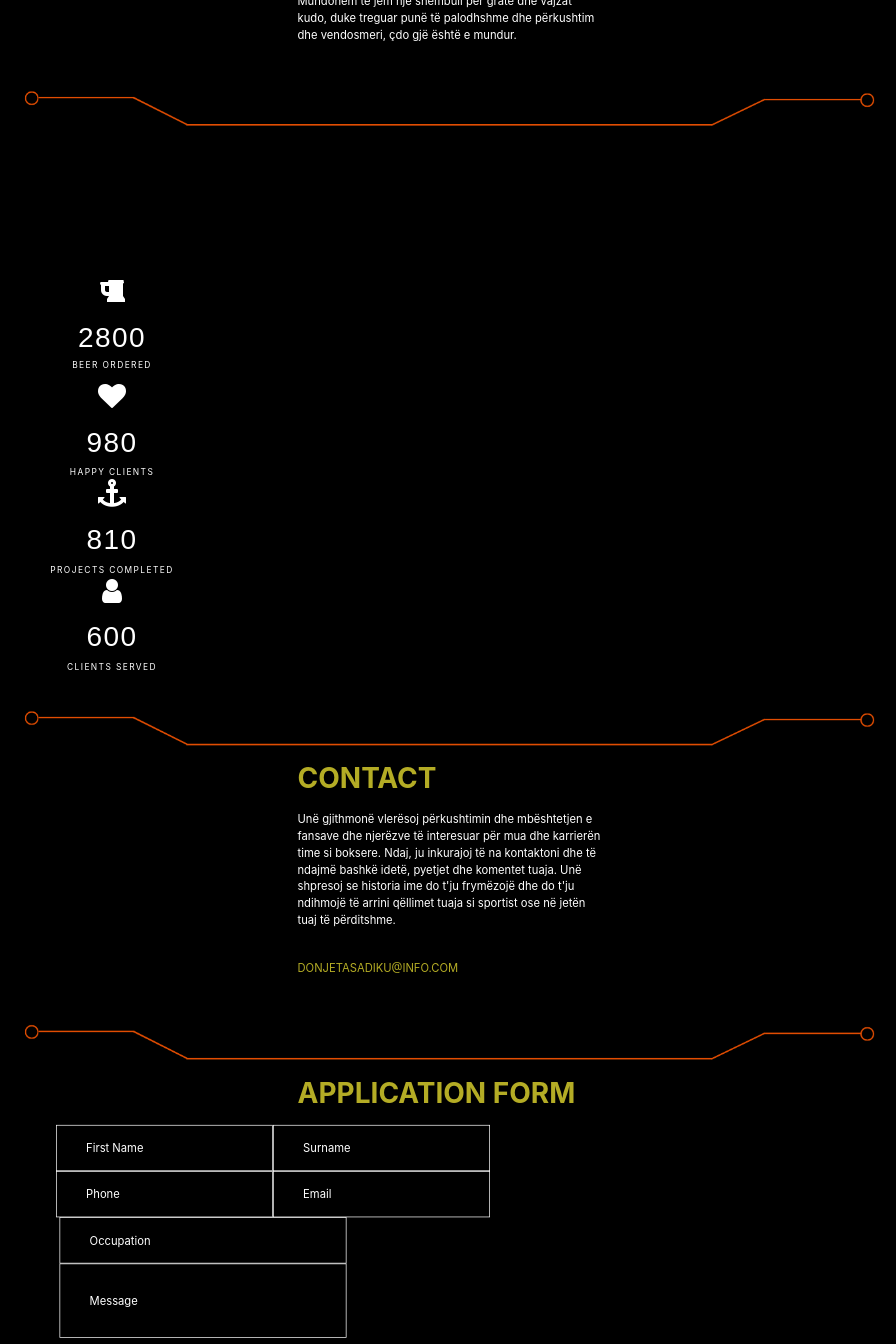
Repository: milot-morina/ds-boxing
Page: DS-Portfolio/index.html
An editor plug-in stored every save of this project. The page is shown before and after the next save, followed by the edit.
The browser window is 1280 px wide. The pictures show the part of the page from y = 2670 to 4590 px (the page is 4932 px tall before and 4286 px after), at 70% of full size.
A picture or video elsewhere on the page could not be fetched, so the positions and the page height are approximate. Some web libraries are served in a nearby version.

Above is the page before, as saved 2023-03-21 11:35:00.

### DS-Portfolio/index.html
<!DOCTYPE html>
<html lang="en">
<head>
  <meta charset="UTF-8">
  <meta http-equiv="X-UA-Compatible" content="IE=edge">
  <meta name="viewport" content="width=device-width, initial-scale=1.0">
  <title>Donjeta Sadiku</title>
  <link rel="stylesheet" href="style.css">
  <link rel="stylesheet" href="https://cdnjs.cloudflare.com/ajax/libs/font-awesome/6.0.0-beta2/css/all.min.css" integrity="sha512-YWzhKL2whUzgiheMoBFwW8CKV4qpHQAEuvilg9FAn5VJUDwKZZxkJNuGM4XkWuk94WCrrwslk8yWNGmY1EduTA==" crossorigin="anonymous" referrerpolicy="no-referrer" />
  <link rel="stylesheet" href="https://maxcdn.bootstrapcdn.com/bootstrap/4.0.0/css/bootstrap.min.css">

  <!-- Add Font Awesome CSS -->
  <link rel="stylesheet" href="https://cdnjs.cloudflare.com/ajax/libs/font-awesome/4.0.3/css/font-awesome.css">

  <link rel="icon" href="logofinal.png" type="image/icon type" style="width: 100%;">
  <link href="https://fonts.googleapis.com/css2?family=Be+Vietnam+Pro:wght@400;500;700&display=swap" rel="stylesheet">
</head>
<body>

  <section class="section1" id="home">
    <video muted autoplay loop style="pointer-events: none;">
      <source src="DS-Glitch.mp4" type="video/mp4">
    </video>
    <header class="hidden3">
      <div class="container">
        <nav class="navbar">
          <div class="brand-title">
            <img src="unitetiLogoFinal.png" alt="" width="130px">
          </div>
          <a href="#" class="toggle-button">
            <span class="bar"></span>
            <span class="bar"></span>
            <span class="bar"></span>
          </a>
          <div class="navbar-links">
            <ul>
              <li><a href="#home" class="home-btn">HOME</a></li>
              <li><a href="#club" class="header-club">CLUB</a></li>
              <li><a href="#contact" class="header-link a">CONTACT</a></li>
              <li><a href="#form" class="header-link a">FORM</a></li>
            </ul>
            <div class="socials">
            <i class="fa-brands fa-facebook"><a href="https://www.youtube.com/watch?v=dQw4w9WgXcQ"></a></i>
            <i class="fa-brands fa-instagram"></i>
            <i class="fa-brands fa-youtube"></i>
            <i class="fa-brands fa-app-store-ios"></i>
          </div>
          </div>

        </nav>
      </div>
    </header>
  </section>


  <img src="separator2.png" alt="" width="100%" style="margin-top: 40px;" class="first-seperator">


  <section class="section2 container row" id="club">

    <div class="images hidden2">
      <img src="handsUp.jpg" alt="">
    </div>
    <div class="text hidden">
      <p class="section-h hidden3">HISTORIA SHKRUHET!</p>
      <p class="section2-p hidden3">Nuk ka fjalë për t'u shprehur se sa krenare isha për të përfaqësuar vendin tim në skenën dhe për të marrë medalje ne kete nivel. Ishte një ndjenjë e mrekullueshme të përfaqësosh vendin tënd dhe të ndjehesh si një ambasador i saj në arenën nderkombetare.</p>
      <p class="section2-p hidden3">Në çdo moment të kësaj përvojeje, isha e mbuluar nga emocionet për rëndësinë që kjo ngjarje kishte për popullin tim dhe për boksierët shqiptarë. Nuk ishte thjesht një fitore personale, por ishte një fitore që përfaqësoi përparimin e boksi shqiptar dhe mundësinë e një të ardhme të ndritshme për sportin në vendin tonë.</p>
      <p class="section2-p hidden3">Kur mora medaljen olimpike, ndjeva një ndjenjë të thellë krenarie dhe një ndjesi të vërtetë prej triumfi. Ishte si të isha i gjithë vendlindja ime, duke festuar këtë arritje të madhe me mua. Nuk mund të mendoja për ndonjë gjë më të rëndësishme në atë moment, dhe do të mbaj gjithmonë këtë kujtim në zemrën time.</p>

    </div>

  </section>

  <img src="separator2.png" alt="" width="100%" style="margin-top: 30px;">


  <section class="section3 container">
    <p class="section-h">MEDALJET FLASIN VET!</p>
   <div class="row">
    <div class="text hidden2">
      <p>Viti me i suksesshem ne karrieren time . Solla dy medalje nje evropiane e një botërore. Dëshmova që une Donjeta Sadiku nuk dorërzohem asnjëher përkundrazi nuk kam dyshuar asnjëherë në veten time, mirpo tani po ndihem e kompletuar nën udhëheqjen e trajneres time Marjola Sallauka .</p>
      <p>Tash e tutje luftoj vetëm për medalje Olimpike. Unë besoj në vetën time dhe ju premtoj që me përkrahjen tuaj unë do ti realizoj këto synime . Faleminderit për përkrahje familjes time, Federatës së Boksit. Faleminderit trajnerës Marjola Sallauka për mjeshtërinë që tregon me punën e saj.</p>
    </div>
    <div class="images hidden">
      <img src="DplusMar.jpg" alt="" style="max-width: 640px;">
    </div>
   </div>

  </section>








  <img src="separator2.png" alt="" width="100%" style="margin-top: 30px;">




  <section class="section4 container" id="nft">
    <p class="section-h hidden3">HOLD THE VISION, TRUST THE PROCESS</p>
    <div class="row">
      <div class="text hidden2" style="text-align: left">
        <p>Unë jam Donjeta Sadiku, një boksere shqiptare që i kam kushtuar jetën sportit, e rritur në Prishtinë, Kosovë,
        </p>
        <p>Që nga një moshë e re, e dija se dëshiroja të bëhesha një boksere.Pavarësisht sfidave të shumta në rrugën time, nuk u dorëzova kurrë nga ëndrra ime.
        </p>
        <p>Me ndihmën e trajneres sime të përkushtuar, arrita të tejkalova edhe pengesat më të vështira qe të bëhesha një nga boksieret kryesore të femrave në Kosovë.</p>
      </div>
      <div class="hidden3">
        <div class="column">
          <img src="profilePic.png" alt="" style="width: 300px;">
          <!-- <img src="shadow.png" alt="" style="width: 300px;"> -->
        </div>
      </div>
      <div class="text hidden">
        <p>Punë e palodhshme dhe përkushtimi im iu kthye në mënyrë të mire kur përfaqësova vendin tim në Lojërat Olimpike të vitit 2020 në Tokyo, Japoni, duke fituar medaljen e parë të vendit tim në boksin e femrave.</p>
        <p>Pavarësisht konkurrencës së fortë nga disa nga boksieret më të mira të botës, luftova me të gjithë zemrën dhe shpirtin tim, duke fituar medaljen e parë të vendit tim në boksin e femrave.
        </p>
        <p>
          Mundohem te jem një shembull për gratë dhe vajzat kudo, duke treguar punë të palodhshme dhe përkushtim dhe vendosmeri, çdo gjë është e mundur.
        </p>
      </div>
    </div>

  </section>

  <img src="separator2.png" alt="" width="100%" style="margin-top: 30px;">

  <!-- ktu section i ri -->


  <section class="wow fadeIn animated" style="visibility: visible; animation-name: fadeIn;">
    <div class="containerW">
        <div class="rowW">
            <!-- counter -->
            <div class="col-md-3 col-sm-6 bottom-margin text-center counter-section wow fadeInUp sm-margin-bottom-ten animated" data-wow-duration="300ms" style="visibility: visible; animation-duration: 300ms; animation-name: fadeInUp;">
                <i class="fa fa-beer medium-icon"></i>
                <span id="anim-number-pizza" class="counter-number"></span>
                <span class="timer counter alt-font appear" data-to="980" data-speed="7000">2800</span>
                <p class="counter-title">Beer Ordered</p>
            </div>
            <!-- end counter -->
            <!-- counter -->
            <div class="col-md-3 col-sm-6 bottom-margin text-center counter-section wow fadeInUp sm-margin-bottom-ten animated" data-wow-duration="600ms" style="visibility: visible; animation-duration: 600ms; animation-name: fadeInUp;">
                <i class="fa fa-heart medium-icon"></i>
                 <span class="timer counter alt-font appear" data-to="980" data-speed="7000">980</span>
                <span class="counter-title">Happy Clients</span>
            </div>
            <!-- end counter -->
            <!-- counter -->
            <div class="col-md-3 col-sm-6 bottom-margin-small text-center counter-section wow fadeInUp xs-margin-bottom-ten animated" data-wow-duration="900ms" style="visibility: visible; animation-duration: 900ms; animation-name: fadeInUp;">
                <i class="fa fa-anchor medium-icon"></i>
                 <span class="timer counter alt-font appear" data-to="810" data-speed="7000">810</span>
                <span class="counter-title">Projects Completed</span>
            </div>
            <!-- end counter -->
            <!-- counter -->
            <div class="col-md-3 col-sm-6 text-center counter-section wow fadeInUp animated" data-wow-duration="1200ms" style="visibility: visible; animation-duration: 1200ms; animation-name: fadeInUp;">
                <i class="fa fa-user medium-icon"></i>
                 <span class="timer counter alt-font appear" data-to="600" data-speed="7000">600</span>
                <span class="counter-title">Clients Served</span>
            </div>
            <!-- end counter -->
        </div>
    </div>
</section>




  <!-- perfunduon -->
  <img src="separator2.png" alt="" width="100%" style="margin-top: 30px;">

  <section class="section5 container" id="contact">
    <div class="text">
      <p class="section-h">CONTACT</p>
      <p>Unë gjithmonë vlerësoj përkushtimin dhe mbështetjen e fansave dhe njerëzve të interesuar për mua dhe karrierën time si boksere. Ndaj, ju inkurajoj të na kontaktoni dhe të ndajmë bashkë idetë, pyetjet dhe komentet tuaja. Unë shpresoj se historia ime do t'ju frymëzojë dhe do t'ju ndihmojë të arrini qëllimet tuaja si sportist ose në jetën tuaj të përditshme.</p>
      <p style="color: #B4AC25; margin-top: 45px;">DONJETASADIKU@INFO.COM</p>
    </div>
  </section>






 <img src="separator2.png" alt="" width="100%" style="margin-top: 30px;">

  <section class="section6 container" id="form">
    <div class="text">
      <p class="section-h">APPLICATION FORM</p>
    </div>
    <form action="#">
      <div class="form-row">
        <input type="text" placeholder="First Name">
        <input type="text"placeholder="Surname">
      </div>
      <div class="form-row">
        <input type="text" placeholder="Phone">
        <input type="email" placeholder="Email">
      </div>
      <div class="long-inputs-form">
        <input type="text" placeholder="Occupation"><br>
        <input type="text" placeholder="Message" style="padding-block: 40px;">
      </div>
    </form>
    <button class="home-btn">Apply</button>
    <div class="socials" style="margin-block: 40px;">
      <a href="https://www.facebook.com/your-page"><i class="fa-brands fa-facebook"></i></a>
      <a href="https://www.instagram.com/donjetasadikuofficial/"><i class="fa-brands fa-instagram"></i></a>
      <a href="https://www.youtube.com/channel/your-channel"><i class="fa-brands fa-youtube"></i></a>
      <!-- <a href="https://apps.apple.com/your-app"><i class="fa-brands fa-app-store-ios"></i></a> -->
    </div>


    <div class="text" style="margin-bottom: 40px;">
      <p>Copyright © - 2023 - Donjeta Sadiku </p>
    </div>


    <div style="background-color: rgba(0, 0, 0, 0.2); display: flex; justify-content: center; align-items: center;">
      <a class="navbar-brand" href="https://www.reetech.ch/">
        <img src="reetech.png" width="185" height="105" class="d-inline-block align-top" alt="">
      </a>
    </div>

  </section>



  <script src="https://cdnjs.cloudflare.com/ajax/libs/jquery/3.2.1/jquery.min.js"></script>
  <script src="https://stackpath.bootstrapcdn.com/bootstrap/4.0.0/js/bootstrap.bundle.min.js"></script>
  <script src="script.js"></script>
</body>
</html>

### DS-Portfolio/style.css
html {
  scroll-behavior: smooth;
  transition: 2s;
  overflow-x: hidden;
}

body {
  text-align: center;
  overflow-x: hidden;
  font-family: 'Be Vietnam Pro', sans-serif;
  background-color: black !important;
}

/* header----*/


/*  */



/* #Fun Facts
================================================================================= */


        .counter-section i { display:block; margin:0 0 10px}
.counter-section span.counter { font-size:40px; color:#ffffff; line-height:60px; display:block; font-family: "Oswald",sans-serif; letter-spacing: 2px}
.counter-title{ font-size:12px; letter-spacing:2px; text-transform: uppercase ; color:#ffffff;}
.counter-icon {top:25px; position:relative}
.counter-style2 .counter-title {letter-spacing: 0.55px; float: left; }
.counter-style2 span.counter {letter-spacing: 0.55px; float: left; margin-right: 10px;}
.counter-style2 i {float: right; line-height: 26px; margin: 0 10px 0 0}
.counter-subheadline span {float: right;}

.medium-icon {
    font-size: 40px !important;
    margin-bottom: 15px !important;
}

.containerW{
    margin-top:200px;
}




/*  */


header {
  background-color: transparent;
  width: 100%;
  position: absolute;
  top: 0;
  left: 0;

  z-index: 100;
}


.navbar {
  display: flex;
  flex-direction: column;
  justify-content: space-between;
  align-items: flex-start;
  color: black;
}



.navbar-links {
  width: 100%;
  display: none;
}

.navbar-links ul {
  margin: 0;
  padding: 0;
  display: flex;
  flex-direction: column;
  width: 100%;
  text-align: center;
}

.navbar-links li {
  list-style: none;
  font-size: 15px;

}

.navbar-links li a {
  text-decoration: none;
  color: white;

  display: block;
}


.toggle-button {
  position: absolute;
  top: .75rem;
  right: 1rem;
  display: flex;
  flex-direction: column;
  justify-content: space-between;
  width: 31px;
  height: 21px;
}

.bar {
  width: 100%;
  height: 3px;
  background-color: white;
  border-radius: 10px;
}

.navbar-links.active {
  display: flex;
  flex-direction: column;
  background-color: transparent;
}

i {
  color: white;
}

i:hover {
  color: #B4AC25;
  cursor: pointer;
}



video {
  width: 100%;
  position: relative;
  height: auto;
  pointer-events: none;
  display: none;
}



.socials {
  width: 47%;
  display: block;
  margin: 5px auto;
  text-align: center;
}

i {
  margin-left: 12px;
  font-size: 24px;
}


.header-club {
  color: white;
  padding-inline: 10px;
  margin-top: 5px;
  max-width: 80px;
  display: block;
  margin-inline: auto;
  font-weight: 700;
}


.header-club:hover {
  color: white;
  border-color: #B4AC25;

}

.home-btn {
  color: white;
  padding-inline: 10px;
  margin-top: 5px;
  max-width: 80px;
  display: block;
  margin-inline: auto;
  font-weight: 700;
}

.home-btn:hover {
  color: white;
  border-color: white;
  background-color: transparent;
  cursor: pointer;
}


.header-link {
  color: white;
  padding-inline: 10px;
  margin-top: 5px;
  max-width: 80px;
  display: block;
  margin-inline: auto;
  font-weight: 700;
}

.header-link:hover {
  color: #B4AC25;
}

a {
  position: relative;
}

a::after {
  content: " ";
  position: absolute;
  background-color: #B4AC25;
  height: 3px;
  width: 0;
  left: 0;
  bottom: -10px;
  transition: 0.3s;
}

a:hover::after {
  width: 100%;
}





/*---------------header-----------*/




/*---------------------- collapsible table ------------------------*/

.main-collapsible {
  background-color: transparent;
  color: black;
  width: 100%;
  margin-inline: auto;
  margin-block: 120px 40px;
}



.container-collapsible {
  width: 100%;
  margin: 0 auto;
  display: flex;
  flex-direction: column;
  align-items: center;
}


hr {
  background-color: white;
  width: 90%;
  display: block;
  margin-inline: auto;
}



.collapsible-button {
  background-color: rgb(24, 24, 24);
  color: gray;
  cursor: pointer;
  padding: 5px;
  width: 93%;
  border-bottom: 1px solid white;
  display: flex;
  align-items: center;
  justify-content: space-between;
  text-align: left;
  outline: none;
  font-size: 15px;
  border: none;
}





.button-name-collapsible {
  color: white;
  text-align: left;
  outline: none;
  font-size: 16px;

}


.button-name-collapsible:hover {
  color: #B4AC25;
}



.collapsible-button:after {
  content: '\002B';
  color: white;
  font-weight: bold;
  float: right;
  margin-left: 5px;
  font-size: 24px;
}

.collapsible-button:hover::after{
  color: #B4AC25;
}

.active:after {
  content: "\2212";
}

.content {
  width: 93%;
  max-height: 0;
  overflow: hidden;
  transition: max-height 0.2s ease-out;
  background-color:  rgb(24, 24, 24);
  color: white;
  margin-bottom: 10px;
}

/*---------------------- collapsible table ------------------------*/



/*----------animations------------*/

.hidden {
  opacity: 0;
  filter: blur(2px);
  transform: translateX(60%);
  transition: all 700ms;
}


.hidden2 {
  opacity: 0;
  filter: blur(2px);
  transform: translateX(-60%);
  transition: all 700ms;
}

.hidden3 {
  opacity: 0;
  filter: blur(2px);
  transform: translateY(-5%);
  transition: all .7s;
}



.show {
  opacity: 1;
  filter: blur(0);
  transform: translateX(0);
}


@media(prefers-reduced-motion) {
  .hidden {
    transition: none;
  }
}

/*--------------animations------------------*/


/*---------main---------------*/

body {
  background-color: black;

}


.container {
  width: 90%;
  margin: 0 auto;
}



.first-seperator {
  display: none;
}

@media(min-width: 687px) and (max-width: 900px) {
  .column {
    display: flex;
    flex-direction: column;
    width: 100%;
    margin-left: 28%;
  }
}


.row2 {
  display: flex;
  align-items: center;
  justify-content: space-between;
}

.section2 {
  margin-top: 70px;
}

.section2 img {
  width: 80%;
  max-width: 500px;
  display: block;
  margin-inline: auto;
}

.text {
  color: white;
  max-width: 440px;
  display: block;
  margin-inline: auto;
}

.text p {
  font-weight: 400;
  margin-left: 5px;
}

.text .section-h,
.section-h {
  font-size: clamp(2.15rem, 2.5rem, 3.2rem);
  color: #B4AC25;
  font-weight: 700;
}

.images img {
  max-width: 550px;
  width: 100%;
}

.section3 .images img {
  width: 100%;
}


input {
  background-color: transparent;
  color: white;
  border: 1px solid white;
  padding: 20px 30px;
  margin: 5px;
  max-width: 410px;
}

input::placeholder {
  color: white;
  padding: 12px;
}

.long-inputs-form > input{
  width: 170px;
}

.section6 button{
  margin-top: 17px;
  padding: 10px 20px;
}

.section6 .socials{
  justify-content: center;
}



@media (min-width: 555px) {
  video {
    display: block;
  }

  .long-inputs-form > input{
    width: 470px;
  }

}


@media(min-width: 865px) {


  .toggle-button {
    display: none;
  }

  .navbar {
    flex-direction: row;
    align-items: center;
    justify-content: space-between;
  }

  .navbar-links  {
    display: flex;
    width: 100%;
    align-items: center;
  }

  .navbar-links ul {
    flex-direction: row;
    justify-content: center;
  }

  .navbar-links.active {
    flex-direction: row;
  }

  .socials {
    width: 6%;
    display: flex;
    justify-content: right;
  }

  .header-club {
    margin-left: 14px;
  }

}





@media (min-width: 900px) {
  .row {
    display: flex;
    justify-content: space-between;
    align-items: center;
  }

  .div {
    display: flex;
    justify-content: space-between;
    align-items: center;
    width: 100%;
    margin: 0 auto;
  }


  .long-inputs-form > input{
    width: 470px;
  }

}







/*---------------main-------------*/

### DS-Portfolio/script.js
const toggleButton = document.getElementsByClassName('toggle-button')[0]
const navbarLinks = document.getElementsByClassName('navbar-links')[0]

toggleButton.addEventListener('click', () => {
  navbarLinks.classList.toggle('active')
})

//
$(document).ready(function() {

  $('.counter').each(function () {
$(this).prop('Counter',0).animate({
  Counter: $(this).text()
}, {
  duration: 4000,
  easing: 'swing',
  step: function (now) {
      $(this).text(Math.ceil(now));
  }
});
});

});

//




const observer = new IntersectionObserver((entries) => {
  entries.forEach((entry) => {
    console.log(entry)
    if (entry.isIntersecting) {
      entry.target.classList.add('show')
    } else {
      entry.target.classList.remove('show')
    }
  })
})

const hiddenElements = document.querySelectorAll('.hidden')
const hiddenElements2 = document.querySelectorAll('.hidden2')
const hiddenElements3 = document.querySelectorAll('.hidden3')
hiddenElements.forEach((el) => observer.observe(el))
hiddenElements2.forEach((el) => observer.observe(el))
hiddenElements3.forEach((el) => observer.observe(el))






//collapbsibleTable
let coll = document.getElementsByClassName("collapsible-button");
let i;

for (i = 0; i < coll.length; i++) {
  coll[i].addEventListener("click", function() {
    this.classList.toggle("active");
    let content = this.nextElementSibling;
    if (content.style.maxHeight){
      content.style.maxHeight = null;
    } else {
      content.style.maxHeight = content.scrollHeight + "px";
    }
  });
}

After the next save:
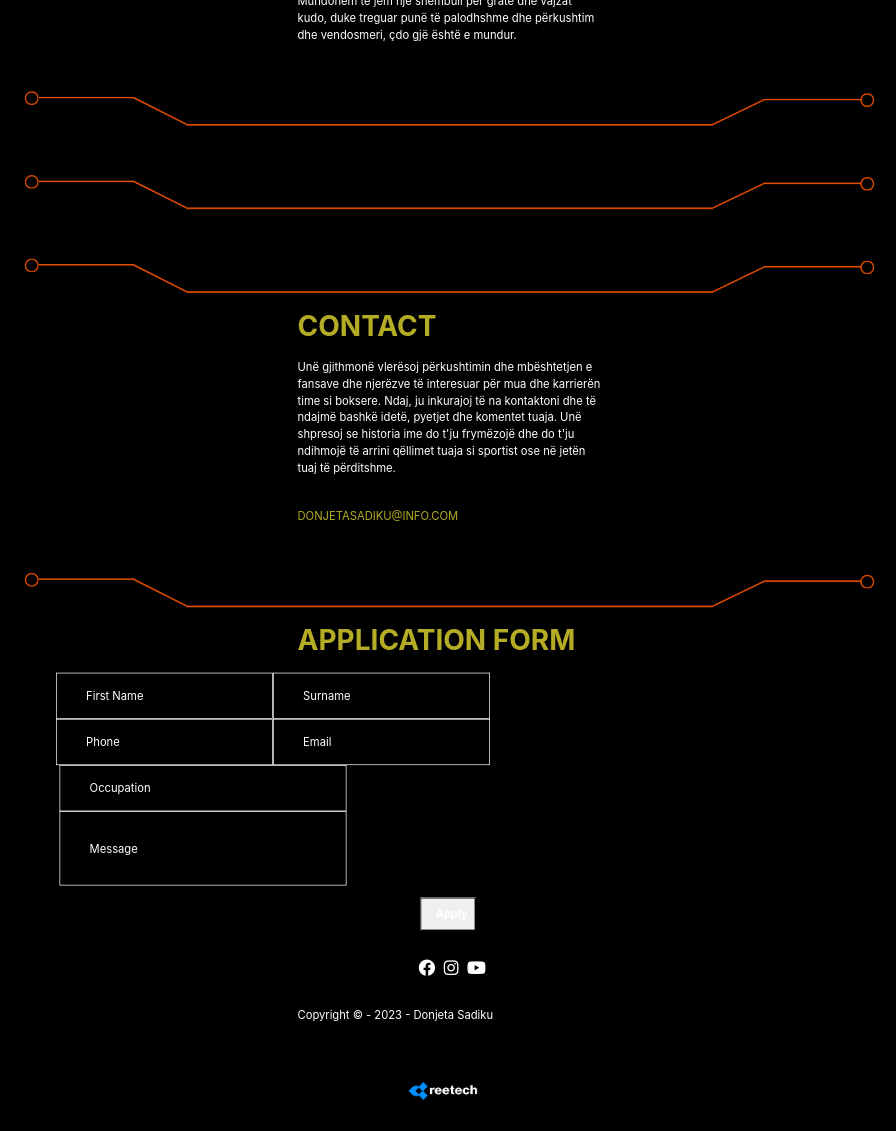
Saved 95 s later.
--- a/DS-Portfolio/index.html
+++ b/DS-Portfolio/index.html
@@ -129,45 +129,11 @@
   </section>
 
   <img src="separator2.png" alt="" width="100%" style="margin-top: 30px;">
-
+  <img src="separator2.png" alt="" width="100%" style="margin-top: 30px;">
   <!-- ktu section i ri -->
 
 
-  <section class="wow fadeIn animated" style="visibility: visible; animation-name: fadeIn;">
-    <div class="containerW">
-        <div class="rowW">
-            <!-- counter -->
-            <div class="col-md-3 col-sm-6 bottom-margin text-center counter-section wow fadeInUp sm-margin-bottom-ten animated" data-wow-duration="300ms" style="visibility: visible; animation-duration: 300ms; animation-name: fadeInUp;">
-                <i class="fa fa-beer medium-icon"></i>
-                <span id="anim-number-pizza" class="counter-number"></span>
-                <span class="timer counter alt-font appear" data-to="980" data-speed="7000">2800</span>
-                <p class="counter-title">Beer Ordered</p>
-            </div>
-            <!-- end counter -->
-            <!-- counter -->
-            <div class="col-md-3 col-sm-6 bottom-margin text-center counter-section wow fadeInUp sm-margin-bottom-ten animated" data-wow-duration="600ms" style="visibility: visible; animation-duration: 600ms; animation-name: fadeInUp;">
-                <i class="fa fa-heart medium-icon"></i>
-                 <span class="timer counter alt-font appear" data-to="980" data-speed="7000">980</span>
-                <span class="counter-title">Happy Clients</span>
-            </div>
-            <!-- end counter -->
-            <!-- counter -->
-            <div class="col-md-3 col-sm-6 bottom-margin-small text-center counter-section wow fadeInUp xs-margin-bottom-ten animated" data-wow-duration="900ms" style="visibility: visible; animation-duration: 900ms; animation-name: fadeInUp;">
-                <i class="fa fa-anchor medium-icon"></i>
-                 <span class="timer counter alt-font appear" data-to="810" data-speed="7000">810</span>
-                <span class="counter-title">Projects Completed</span>
-            </div>
-            <!-- end counter -->
-            <!-- counter -->
-            <div class="col-md-3 col-sm-6 text-center counter-section wow fadeInUp animated" data-wow-duration="1200ms" style="visibility: visible; animation-duration: 1200ms; animation-name: fadeInUp;">
-                <i class="fa fa-user medium-icon"></i>
-                 <span class="timer counter alt-font appear" data-to="600" data-speed="7000">600</span>
-                <span class="counter-title">Clients Served</span>
-            </div>
-            <!-- end counter -->
-        </div>
-    </div>
-</section>
+
 
 
 
